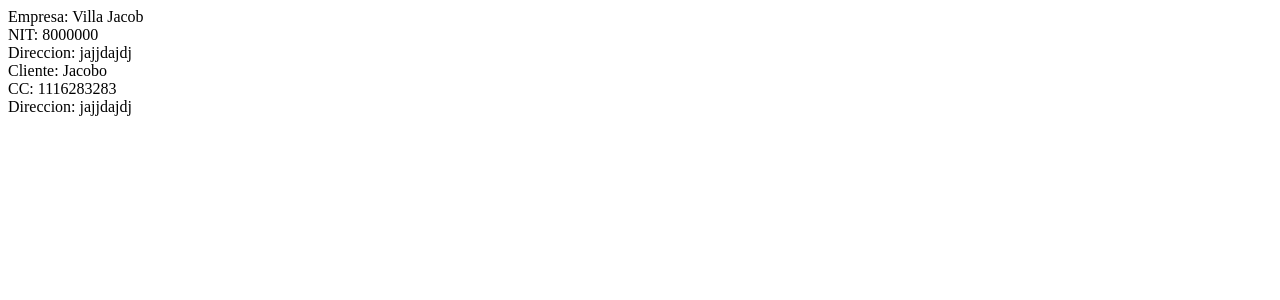
Repository: MrVanQish/FacturaEstructura
Page: index.html
These files come from the project's save history. The page is drawn as it stood at one moment and after the next save; the edit follows.
The browser window is 1280 px wide. The pictures show the whole page.

Above is the page before, as saved 2021-09-29 10:25:17.

After the next save:
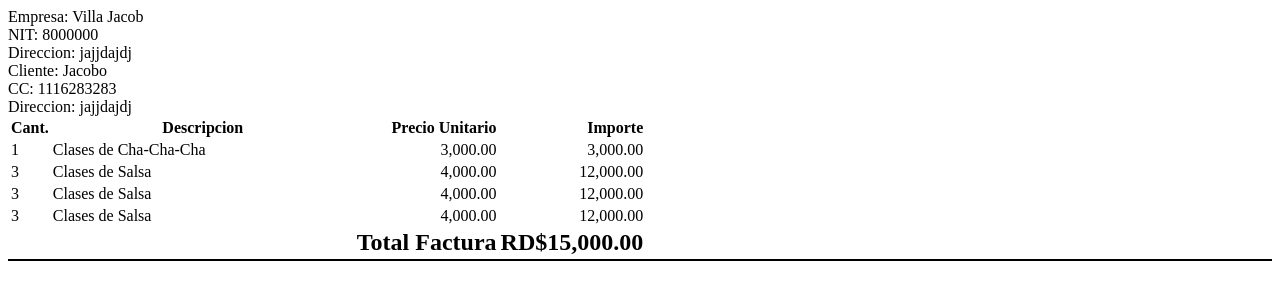
Saved 4 s later.
--- a/index.html
+++ b/index.html
@@ -28,6 +28,54 @@
                 </div>
                 <div class="items-f">
 
+                    <div class="row my-5">
+                        <table class="table table-borderless factura">
+                          <thead>
+                            <tr>
+                              <th>Cant.</th>
+                              <th>Descripcion</th>
+                              <th>Precio Unitario</th>
+                              <th>Importe</th>
+                            </tr>
+                          </thead>
+                          <tbody>
+                            <tr>
+                              <td>1</td>
+                              <td>Clases de Cha-Cha-Cha</td>
+                              <td>3,000.00</td>
+                              <td>3,000.00</td>
+                            </tr>
+                            <tr>
+                              <td>3</td>
+                              <td>Clases de Salsa</td>
+                              <td>4,000.00</td>
+                              <td>12,000.00</td>
+                            </tr>
+                            <tr>
+                              <td>3</td>
+                              <td>Clases de Salsa</td>
+                              <td>4,000.00</td>
+                              <td>12,000.00</td>
+                            </tr>
+                            <tr>
+                              <td>3</td>
+                              <td>Clases de Salsa</td>
+                              <td>4,000.00</td>
+                              <td>12,000.00</td>
+                            </tr>
+                          </tbody>
+                          <tfoot>
+                            <tr>
+                              <th></th>
+                              <th></th>
+                              <th>Total Factura</th>
+                              <th>RD$15,000.00</th>
+                            </tr>
+                          </tfoot>
+                        </table>
+                        <div class="cond row"></div>
+                      </div>
+
 
 
                 </div>
